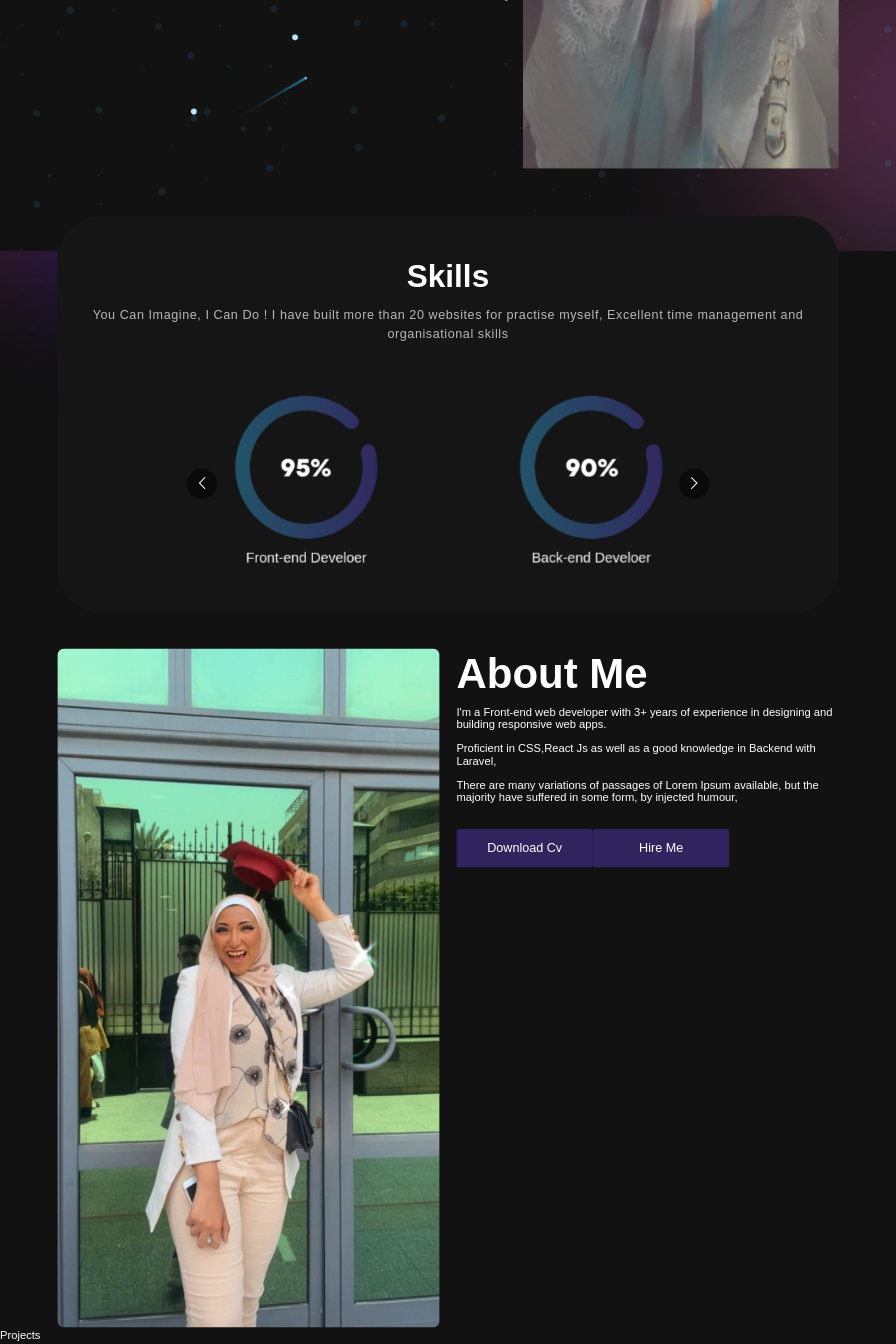
Repository: OmniaRafat232111121/portfolio
Page: /
An editor plug-in stored every save of this project. The page is shown before and after a run of saves, followed by the edit.
The browser window is 1280 px wide. The pictures show the part of the page from y = 829 to 2749 px (the page is 2749 px tall), at 70% of full size.
The project was rebuilt for these pictures with package versions that can differ from the ones it lists, and the page was loaded fresh each time. Also part of the build but not shown: webpack.config.js.

Above is the page before, as saved 2022-07-20 03:09:32.

After the next 23 saves:
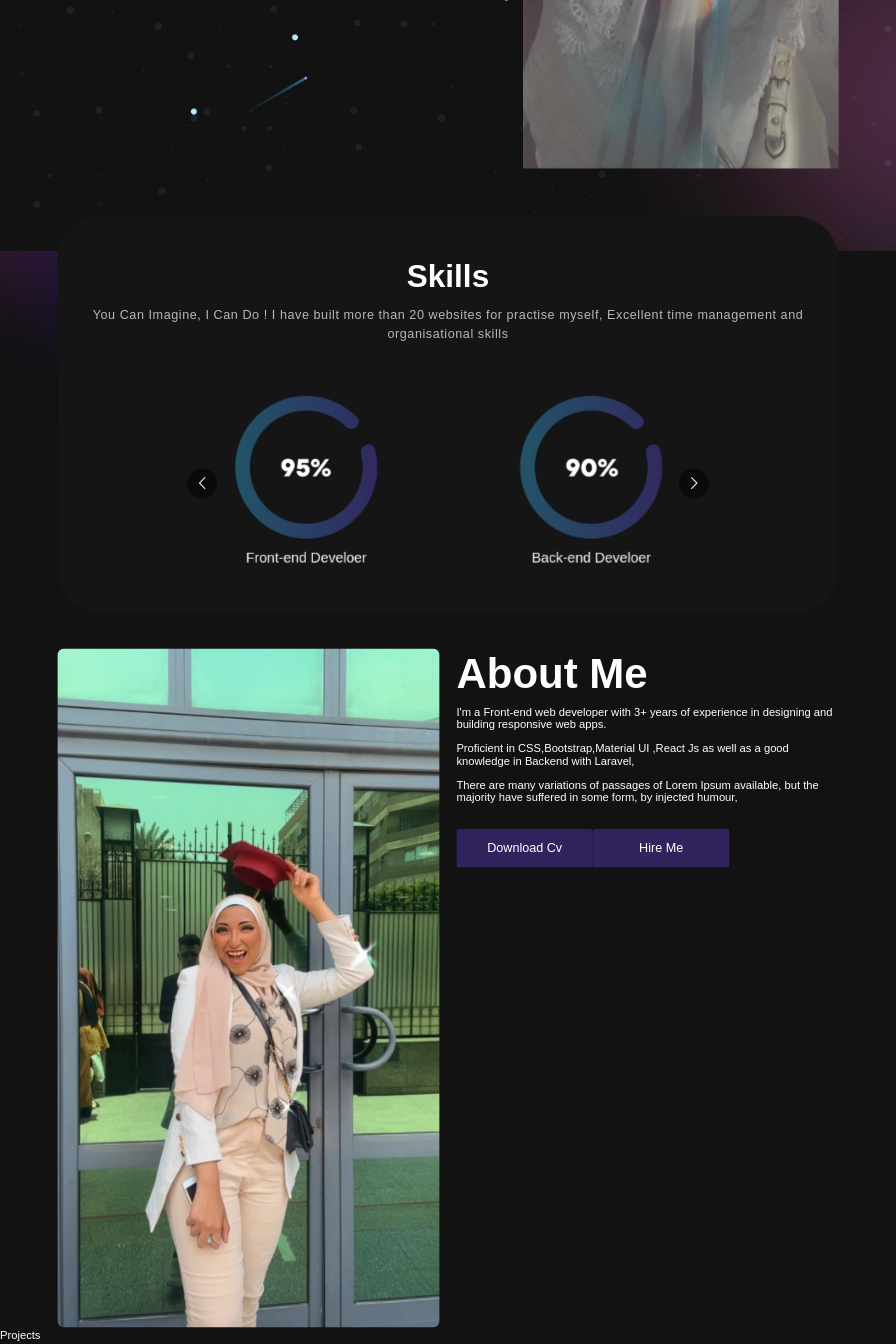
The 23 saves are shown as one change because they came seconds apart.
The last was saved 31 s later.
--- a/src/components/About.js
+++ b/src/components/About.js
@@ -22,7 +22,7 @@ function About() {
               I'm a Front-end web developer with 3+ years of experience in designing and building responsive web apps.
               </p>
               <p className="about__text p__color">
-              Proficient in CSS,React Js as well as a good knowledge in Backend with Laravel,
+              Proficient in CSS,Bootstrap,Material UI ,React Js as well as a good knowledge in Backend with Laravel,
               </p>
               <p className="about__text p__color">
                 There are many variations of passages of Lorem Ipsum available,
